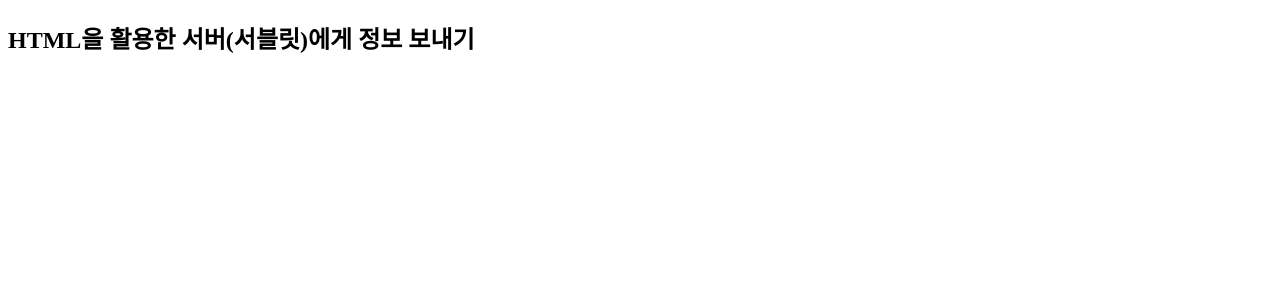
Repository: Kebiskim/2023_jspStudy
Page: 01_servlet/src/main/webapp/view/Ex10.html
These files come from the project's save history. The page is drawn as it stood at one moment and after the next save; the edit follows.
The browser window is 1280 px wide. The pictures show the whole page.

Above is the page before, as saved 2023-07-03 02:12:06.

### 01_servlet/src/main/webapp/view/Ex10.html
<!DOCTYPE html>
<html>
<head>
<meta charset="UTF-8">
<title>Insert title here</title>
</head>
<body>
	<h2>HTML을 활용한 서버(서블릿)에게 정보 보내기</h2>
	<form action="/01_servlet/Ex10_1" method="post">


	</form>
</body>
</html>

After the next save:
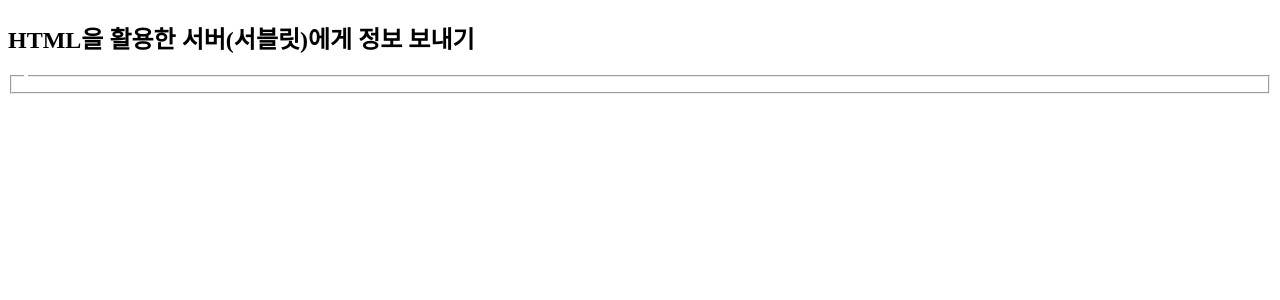
Saved 7 s later.
--- a/01_servlet/src/main/webapp/view/Ex10.html
+++ b/01_servlet/src/main/webapp/view/Ex10.html
@@ -7,7 +7,9 @@
 <body>
 	<h2>HTML을 활용한 서버(서블릿)에게 정보 보내기</h2>
 	<form action="/01_servlet/Ex10_1" method="post">
-
+	<fieldset>
+		<legend></legend>
+	</fieldset>
 
 	</form>
 </body>
